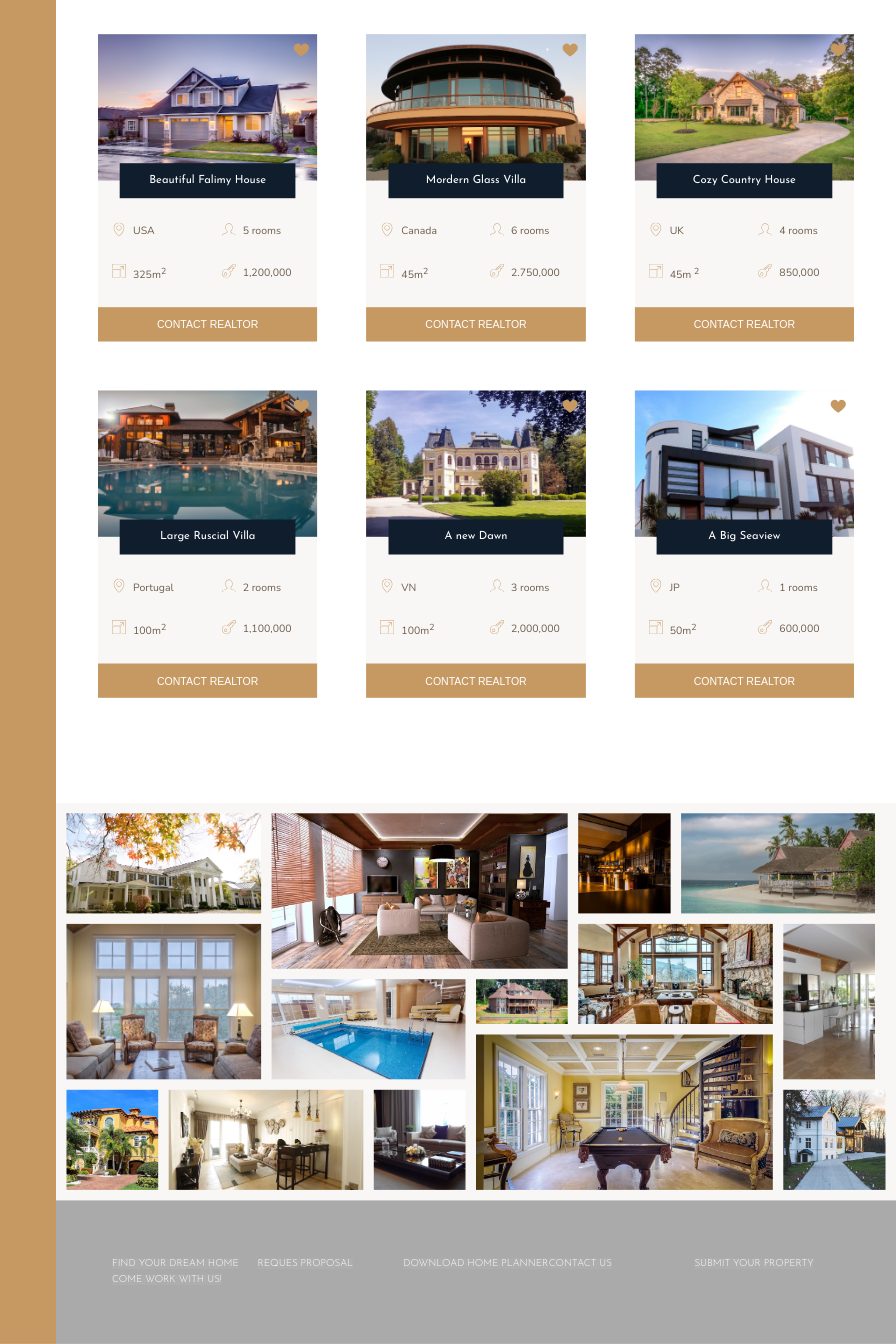
Repository: m2pd/your-home
Page: index.html
These files come from the project's save history. The page is drawn as it stood at one moment and after the next save; the edit follows.
The browser window is 1280 px wide. The pictures show the part of the page from y = 1857 to 3777 px (the page is 3777 px tall), at 70% of full size.
The style sheet was rebuilt from its Sass, Less or Tailwind sources for each picture, by a compiler version that may differ from the author's.

Above is the page before, as saved 2020-03-07 19:06:51.

### index.html
<!DOCTYPE html>
<html lang="en">
    <head>
        <meta charset="UTF-8">
        <meta name="viewport" content="width=device-width, initial-scale=1.0">
        <meta http-equiv="X-UA-Compatible" content="ie=edge">

        <link href="https://fonts.googleapis.com/css?family=Josefin+Sans:300,400,400i|Nunito:300,300i" rel="stylesheet">
        <link rel="stylesheet" href="css/style.css">
        <link rel="shortcut icon" type="image/png" href="img/favicon.png">

        <title>nexter &mdash; your home, your freedom</title>
    </head>
    <body class="container">

        <div class="sidebar">
            Sidebar
        </div>

        <header class="header">
            Header
        </header>

        <div class="realtors">
            3 Realtors
        </div>

        <div class="features">
            <div class="feature feature-1">
                <svg class="feature__icon">
                    <use xlink:href="img/sprite.svg#icon-global"></use>
                </svg>
                <h4 class="heading-4 heading-4--dark">World's best luxury homes</h4>
                <p class="feature__text">
                    Lorem, ipsum dolor sit amet consectetur adipisicing elit. Tenetur distinctio necessitatibus pariatur voluptatibus.
                </p>
            </div>

            <div class="feature feature-2">
                <svg class="feature__icon">
                    <use xlink:href="img/sprite.svg#icon-trophy"></use>
                </svg>
                <h4 class="heading-4 heading-4--dark">Only the best properties</h4>
                <p class="feature__text">
                    Voluptatum mollitia quae. Vero ipsum sapiente molestias accusamus rerum sed a eligendi aut quia.
                </p>
            </div>

            <div class="feature feature-3">
                <svg class="feature__icon">
                    <use xlink:href="img/sprite.svg#icon-map-pin"></use>
                </svg>
                <h4 class="heading-4 heading-4--dark">All home in top location</h4>
                <p class="feature__text">
                    Tenetur distinctio necessitatibus pariatur voluptatibus quidem consequatur harum.
                </p>
            </div>

            <div class="feature feature-4">
                <svg class="feature__icon">
                    <use xlink:href="img/sprite.svg#icon-key"></use>
                </svg>
                <h4 class="heading-4 heading-4--dark">New home in one week</h4>
                <p class="feature__text">
                    Vero ipsum sapiente molestias accusamus rerum. Lorem, ipsum dolor sit amet consectetur adipisicing elit.
                </p>
            </div>

            <div class="feature feature-5">
                <svg class="feature__icon">
                    <use xlink:href="img/sprite.svg#icon-presentation"></use>
                </svg>
                <h4 class="heading-4">Top 1% realtors</h4>
                <p class="feature__text">
                    Quidem consequatur harum, voluptatum mollitia quae. Tenetur distinctio necessitatibus pariatur voluptatibus.
                </p>
            </div>

            <div class="feature feature-6">
                <svg class="feature__icon">
                    <use xlink:href="img/sprite.svg#icon-lock"></use>
                </svg>
                <h4 class="heading-4">Secure in Payment on nexter</h4>
                <p class="feature__text">
                    Pariatur voluptatibus quidem consequatur harum, voluptatum mollitia quae.
                </p>
            </div>
        </div>

        <div class="story__pictures">
            <img src="img/story-1.jpeg" alt="Couple with new house" class="story__img--1">
            <img src="img/story-2.jpeg" alt="New house" class="story__img--2">
        </div>

        <div class="story__content">
            <h3 class="heading-3 mb-sm">Happy Customer</h3>
            <h2 class="heading-2 heading-2--dark mb-md">&ldquo;The best decsion of our live&ldquo;</h2>
            <div class="story__text">
                Lorem ipsum dolor sit amet consectetur, adipisicing elit. Asperiores ipsam aut similique cumque nesciunt accusantium perspiciatis delectus! Incidunt, debitis ipsum.
            </div>
            <button class="btn">Find your our home</button>
        </div>

        <section class="homes">
            <div class="home">
                <img src="img/house-1.jpeg" alt="House 1" class="home__img">
                <svg class="home__like">
                    <use xlink:href="img/sprite.svg#icon-heart-full"></use>
                </svg>
                <h5 class="home__name">Beautiful Falimy House</h5>
                <div class="home__location">
                    <svg>
                        <use xlink:href="img/sprite.svg#icon-map-pin"></use>
                    </svg>
                    <p>USA</p>
                </div>
                <div class="home__rooms">
                    <svg>
                        <use xlink:href="img/sprite.svg#icon-profile-male"></use>
                    </svg>
                    <p>5 rooms</p>
                </div>
                <div class="home__area">
                    <svg>
                        <use xlink:href="img/sprite.svg#icon-expand"></use>
                    </svg>
                    <p>325m<sup>2</sup></p>
                </div>
                <div class="home__price">
                    <svg>
                        <use xlink:href="img/sprite.svg#icon-key"></use>
                    </svg>
                    <p>1,200,000</p>
                </div>
                <button class="btn home__btn">Contact realtor</button>
            </div>

            <div class="home">
                <img src="img/house-2.jpeg" alt="House 2" class="home__img">
                <svg class="home__like">
                    <use xlink:href="img/sprite.svg#icon-heart-full"></use>
                </svg>
                <h5 class="home__name">Mordern Glass Villa</h5>
                <div class="home__location">
                    <svg>
                        <use xlink:href="img/sprite.svg#icon-map-pin"></use>
                    </svg>
                    <p>Canada</p>
                </div>
                <div class="home__rooms">
                    <svg>
                        <use xlink:href="img/sprite.svg#icon-profile-male"></use>
                    </svg>
                    <p>6 rooms</p>
                </div>
                <div class="home__area">
                    <svg>
                        <use xlink:href="img/sprite.svg#icon-expand"></use>
                    </svg>
                    <p>45m<sup>2</sup></p>
                </div>
                <div class="home__price">
                    <svg>
                        <use xlink:href="img/sprite.svg#icon-key"></use>
                    </svg>
                    <p>2.750,000</p>
                </div>
                <button class="btn home__btn">Contact realtor</button>
            </div>

            <div class="home">
                <img src="img/house-3.jpeg" alt="House 3" class="home__img">
                <svg class="home__like">
                    <use xlink:href="img/sprite.svg#icon-heart-full"></use>
                </svg>
                <h5 class="home__name">Cozy Country House</h5>
                <div class="home__location">
                    <svg>
                        <use xlink:href="img/sprite.svg#icon-map-pin"></use>
                    </svg>
                    <p>UK</p>
                </div>
                <div class="home__rooms">
                    <svg>
                        <use xlink:href="img/sprite.svg#icon-profile-male"></use>
                    </svg>
                    <p>4 rooms</p>
                </div>
                <div class="home__area">
                    <svg>
                        <use xlink:href="img/sprite.svg#icon-expand"></use>
                    </svg>
                    <p>45m <sup>2</sup></p>
                </div>
                <div class="home__price">
                    <svg>
                        <use xlink:href="img/sprite.svg#icon-key"></use>
                    </svg>
                    <p>850,000</p>
                </div>
                <button class="btn home__btn">Contact realtor</button>
            </div>

            <div class="home">
                <img src="img/house-4.jpeg" alt="House 4" class="home__img">
                <svg class="home__like">
                    <use xlink:href="img/sprite.svg#icon-heart-full"></use>
                </svg>
                <h5 class="home__name">Large Ruscial Villa</h5>
                <div class="home__location">
                    <svg>
                        <use xlink:href="img/sprite.svg#icon-map-pin"></use>
                    </svg>
                    <p>Portugal</p>
                </div>
                <div class="home__rooms">
                    <svg>
                        <use xlink:href="img/sprite.svg#icon-profile-male"></use>
                    </svg>
                    <p>2 rooms</p>
                </div>
                <div class="home__area">
                    <svg>
                        <use xlink:href="img/sprite.svg#icon-expand"></use>
                    </svg>
                    <p>100m<sup>2</sup></p>
                </div>
                <div class="home__price">
                    <svg>
                        <use xlink:href="img/sprite.svg#icon-key"></use>
                    </svg>
                    <p>1,100,000</p>
                </div>
                <button class="btn home__btn">Contact realtor</button>
            </div>

            <div class="home">
                <img src="img/house-5.jpeg" alt="House 5" class="home__img">
                <svg class="home__like">
                    <use xlink:href="img/sprite.svg#icon-heart-full"></use>
                </svg>
                <h5 class="home__name">A new Dawn</h5>
                <div class="home__location">
                    <svg>
                        <use xlink:href="img/sprite.svg#icon-map-pin"></use>
                    </svg>
                    <p>VN</p>
                </div>
                <div class="home__rooms">
                    <svg>
                        <use xlink:href="img/sprite.svg#icon-profile-male"></use>
                    </svg>
                    <p>3 rooms</p>
                </div>
                <div class="home__area">
                    <svg>
                        <use xlink:href="img/sprite.svg#icon-expand"></use>
                    </svg>
                    <p>100m<sup>2</sup></p>
                </div>
                <div class="home__price">
                    <svg>
                        <use xlink:href="img/sprite.svg#icon-key"></use>
                    </svg>
                    <p>2,000,000</p>
                </div>
                <button class="btn home__btn">Contact realtor</button>
            </div>

            <div class="home">
                <img src="img/house-6.jpeg" alt="House 6" class="home__img">
                <svg class="home__like">
                    <use xlink:href="img/sprite.svg#icon-heart-full"></use>
                </svg>
                <h5 class="home__name">A Big Seaview</h5>
                <div class="home__location">
                    <svg>
                        <use xlink:href="img/sprite.svg#icon-map-pin"></use>
                    </svg>
                    <p>JP</p>
                </div>
                <div class="home__rooms">
                    <svg>
                        <use xlink:href="img/sprite.svg#icon-profile-male"></use>
                    </svg>
                    <p>1 rooms</p>
                </div>
                <div class="home__area">
                    <svg>
                        <use xlink:href="img/sprite.svg#icon-expand"></use>
                    </svg>
                    <p>50m<sup>2</sup></p>
                </div>
                <div class="home__price">
                    <svg>
                        <use xlink:href="img/sprite.svg#icon-key"></use>
                    </svg>
                    <p>600,000</p>
                </div>
                <button class="btn home__btn">Contact realtor</button>
            </div>
        </section>

        <section class="gallery">
            <figure class="gallery__item gallery__item--1">
                <img src="img/gal-1.jpeg" alt="Gallery Image 1" class="gallery__img">
            </figure>
            <figure class="gallery__item gallery__item--2">
                <img src="img/gal-2.jpeg" alt="Gallery Image 2" class="gallery__img">
            </figure>
            <figure class="gallery__item gallery__item--3">
                <img src="img/gal-3.jpeg" alt="Gallery Image 3" class="gallery__img">
            </figure>
            <figure class="gallery__item gallery__item--4">
                <img src="img/gal-4.jpeg" alt="Gallery Image 4" class="gallery__img">
            </figure>
            <figure class="gallery__item gallery__item--5">
                <img src="img/gal-5.jpeg" alt="Gallery Image 5" class="gallery__img">
            </figure>
            <figure class="gallery__item gallery__item--6">
                <img src="img/gal-6.jpeg" alt="Gallery Image 6" class="gallery__img">
            </figure>
            <figure class="gallery__item gallery__item--7">
                <img src="img/gal-7.jpeg" alt="Gallery Image 7" class="gallery__img">
            </figure>
            <figure class="gallery__item gallery__item--8">
                <img src="img/gal-8.jpeg" alt="Gallery Image 8" class="gallery__img">
            </figure>
            <figure class="gallery__item gallery__item--9">
                <img src="img/gal-9.jpeg" alt="Gallery Image 9" class="gallery__img">
            </figure>
            <figure class="gallery__item gallery__item--10">
                <img src="img/gal-10.jpeg" alt="Gallery Image 10" class="gallery__img">
            </figure>
            <figure class="gallery__item gallery__item--11">
                <img src="img/gal-11.jpeg" alt="Gallery Image 11" class="gallery__img">
            </figure>
            <figure class="gallery__item gallery__item--12">
                <img src="img/gal-12.jpeg" alt="Gallery Image 12" class="gallery__img">
            </figure>
            <figure class="gallery__item gallery__item--13">
                <img src="img/gal-13.jpeg" alt="Gallery Image 13" class="gallery__img">
            </figure>
            <figure class="gallery__item gallery__item--14">
                <img src="img/gal-14.jpeg" alt="Gallery Image 14" class="gallery__img">
            </figure>
            <!-- <img src="img/gal-2.jpeg" alt="Gallery Image 2" class="gallery__img"> -->
        </section>

        <footer class="footer">
            <nav class="nav">
                <li class="nav__item"><a href="#" class="nav__link">Find your dream home</a></li>
                <li class="nav__item"><a href="#" class="nav__link">Reques proposal</a></li>
                <li class="nav__item"><a href="#" class="nav__link">Download home planner</a></li>
                <li class="nav__item"><a href="#" class="nav__link">Contact us</a></li>
                <li class="nav__item"><a href="#" class="nav__link">Submit your property</a></li>
                <li class="nav__item"><a href="#" class="nav__link">Come work with us!</a></li>
            </nav>
        </footer>

    </body>
</html>

### sass/_base.scss
// COLOR VARIABLES
$color-primary: #c69963;
$color-primary-dark: #B28451;

$color-secondary: #101d2c;

$color-grey-light-1: #f9f7f6;
$color-grey-light-2: #aaa;

$color-grey-dark-1: #54483A;
$color-grey-dark-2: #6D5D4B;

// FONT VARIABLES
$font-primary: 'Nunito', sans-serif;
$font-display: 'Josefin Sans', sans-serif;


*,
*::before,
*::after{
    margin:0;
    padding:0;
    box-sizing: inherit;
}

html{
    font-size:62.5%;
    box-sizing: border-box;
}

body{
    font-family: $font-primary;
    color: $color-grey-dark-2;
    font-weight: 300;
    line-height: 1.6;
}

.container{
    display: grid;
    grid-template-rows: 80vh min-content 40vw repeat(3, min-content);
    grid-template-columns:[sidebar-start] 8rem [sidebar-end full-start] minmax(6rem, 1fr) [center-start] repeat(8, [col-start] minmax(min-content, 14rem) [col-end]) [center-end] minmax(6rem, 1fr) [full-end];

}

### sass/_typography.scss
%heading {
  font-family: $font-display;
  font-weight: 400;
}

.heading-1 {
  @extend %heading;
}

.heading-2 {
  @extend %heading;
  font-size: 4rem;
  font-style: italic;
  line-height: 1;

  &--light{ color: $color-grey-light-1;}
  &--dark{ color: $color-grey-dark-1;}
}

.heading-3 {
  @extend %heading;

  font-size: 1.6rem;
  color: $color-primary;
  text-transform: uppercase;

}

.heading-4 {
  @extend %heading;
  font-size: 1.9rem;

  &--light{ color: $color-grey-light-1;}
  &--dark{ color: $color-grey-dark-1;}

}

.btn{
    background-color: $color-primary;
    color: #fff;
    font-size: 1.5rem;
    border: none;
    border-radius: none;
    padding: 1.6rem  3rem;
    text-transform: uppercase;
    cursor: pointer;
    transition: all .2s;

    &:hover{
      background-color: $color-primary-dark;
    }
}

.mb-sm{ margin-bottom: 2rem; }
.mb-md{ margin-bottom: 3rem; }
.mb-lg{ margin-bottom: 4rem; }
.mb-hg{ margin-bottom: 8rem; }

### sass/_features.scss
.features{
    grid-column: center-start /  center-end;

    margin: 15rem 0;
    display: grid;
    // grid-template-columns: repeat(3, 1fr);
    grid-template-columns: repeat(auto-fit, minmax(25rem, 1fr));
    grid-gap: 6rem;
}

.feature{
    display: grid;
    grid-template-columns: min-content 1fr;
    grid-column-gap: 2.5rem;
    grid-row-gap: 1.5rem;

    align-items: start;

    &__icon{
        fill: $color-primary;
        width:4.5rem;
        height:4.5rem;

        grid-row: 1 / span 2;
    }

    &__text{
        font-size: 1.7rem;
    }
}

### sass/_story.scss
.story{
    &__pictures{
        background-color: $color-primary;
        grid-column: full-start / col-end 4;
        background-image:linear-gradient(rgba($color-primary,.5), rgba($color-primary, .5)),
                         url(../img/back.jpg);

        display: grid;
        grid-template-columns: repeat(6, 1fr);
        grid-template-rows: repeat(6, 1fr);
        align-items:center ;
    }

    &__img--1{
        width: 100%;
        grid-column: 2 / 6;
        grid-row: 2 / 6;
        box-shadow: 0 2rem 5rem rgba(#000, .1);
    }

    &__img--2{
        width: 115%;
        grid-column: 4 / 7;
        grid-row: 4 / 6;
        z-index: 20;
        box-shadow: 0 2rem 5rem rgba(#000, .1);

    }

    &__content{
        background-color: $color-grey-light-1;
        grid-column: col-start 5 / full-end;

        padding: 6rem 8vw;

        // display: flex;
        // flex-direction: column;
        // justify-content: center;
        // align-items: flex-start;

        display: grid;
        align-content: center;
        justify-items: start;
    }

    &__text{
        font-size: 1.5rem;
        font-style: italic;
        margin-bottom: 4rem;


    }
}

### sass/_homes.scss
.homes{
    grid-column: center-start / center-end;
    margin: 15rem 0;

    display: grid;
    grid-template-columns: repeat(auto-fit, minmax(25rem, 1fr));
    grid-gap: 7rem;
}

.home{
    background-color:  $color-grey-light-1;

    display: grid;
    grid-template-columns: repeat(2, 1fr);
    grid-row-gap: 3.5rem;

    &__img{
        width: 100%;
        grid-row: 1/ 2;
        grid-column: 1/ -1;
        z-index: 1;
    }

    &__like{
        grid-row: 1/ 2;
        grid-column: 2/ 3;
        fill: $color-primary;
        width: 2.5rem;
        height: 2.5rem;
        z-index: 2;
        justify-self: end;
        margin: 1rem;

    }

    &__name{
        grid-column: 1/ -1;
        grid-row: 1 / 2;

        width: 80%;
        align-self: end;
        justify-self: center;
        font-family: $font-display;
        font-size: 1.6rem;
        font-weight: 400;
        text-align: center;
        background-color: $color-secondary;
        color:#fff;
        padding: 1.25rem;
        z-index: 2;
        transform: translateY(50%);
    }

    &__location,
    &__rooms{
        margin-top: 2.5rem;
    }

    &__location,
    &__rooms,
    &__area,
    &__price{
        font-size: 1.5rem;
        margin-left: 2rem;

        display: flex;
        align-content: center;
        svg{
            fill: $color-primary;
            width: 2rem;
            height: 2rem;

            margin-right: 1rem;
        }
    }

    &__btn{
        grid-column: 1/ -1;
    }
}

### sass/_gallery.scss
.gallery{
    background-color: $color-grey-light-1;
    grid-column: full-start / full-end;

    display: grid;
    grid-template-columns: repeat(8, 1fr);
    grid-template-rows: repeat(7, 5vw);
    grid-gap: 1.5rem;
    padding: 1.5rem;


    &__item{
        &--1{
            grid-row:1 / span 2;
            grid-column: 1 / span 2;
        }

        &--2{
            grid-row:1 / span 3;
            grid-column: 3 / span 3;
        }

        &--3{
            grid-row:1 / span 2;
            grid-column: 6 / span 1;
        }

        &--4{
            grid-row:1 / span 2;
            grid-column: 7 / span 2;
        }

        &--5{
            grid-row:3 / span 3;
            grid-column: 1 / span 2;
        }

        &--6{
            grid-row:4 / span 2;
            grid-column: 3 / span 2;
        }

        &--7{
            grid-row:4 / span 1;
            grid-column: 5 / span 1;
        }

        &--8{
            grid-row:3 / span 2;
            grid-column: 6 / span 2;
        }

        &--9{
            grid-row:3 / span 3;
            grid-column: 8 / span 1;
        }

        &--10{
            grid-row:6 / span 2;
            grid-column: 1 / span 1;
        }

        &--11{
            grid-row:6 / span 2;
            grid-column: 2 / span 2;
        }

        &--12{
            grid-row:6 / span 2;
            grid-column: 4 / span 1;
        }

        &--13{
            grid-row:5 / span 3;
            grid-column: 5 / span 3;
        }

        &--14{
            grid-row:6 / span 2;
            grid-column: 8 / span 2;
        }
    }

    &__img{
        width:100%;
        height: 100%;
        object-fit: cover;
        display: block;
    }
}

### sass/_footer.scss
.footer{
    background-color: $color-grey-light-2;
    grid-column: full-start / full-end;
    padding: 8rem;
}

.nav{
    list-style: none;
    display: grid;
    grid-template-columns: repeat(auto-fit, minmax(20rem, 1fr));

    &__link:link,
    &__link:visited{
        font-size: 1.4rem;
        color: #fff;
        text-decoration: none;
        text-transform: uppercase;
        text-align: center;
        font-family: $font-display;

        background-color: rgba(#fff, .05);
    }
}

Loaded but not shown: sass/main.scss (common file); sass/_sidebar.scss (common file); sass/_header.scss (common file); sass/_realtors.scss (common file)

After the next save:
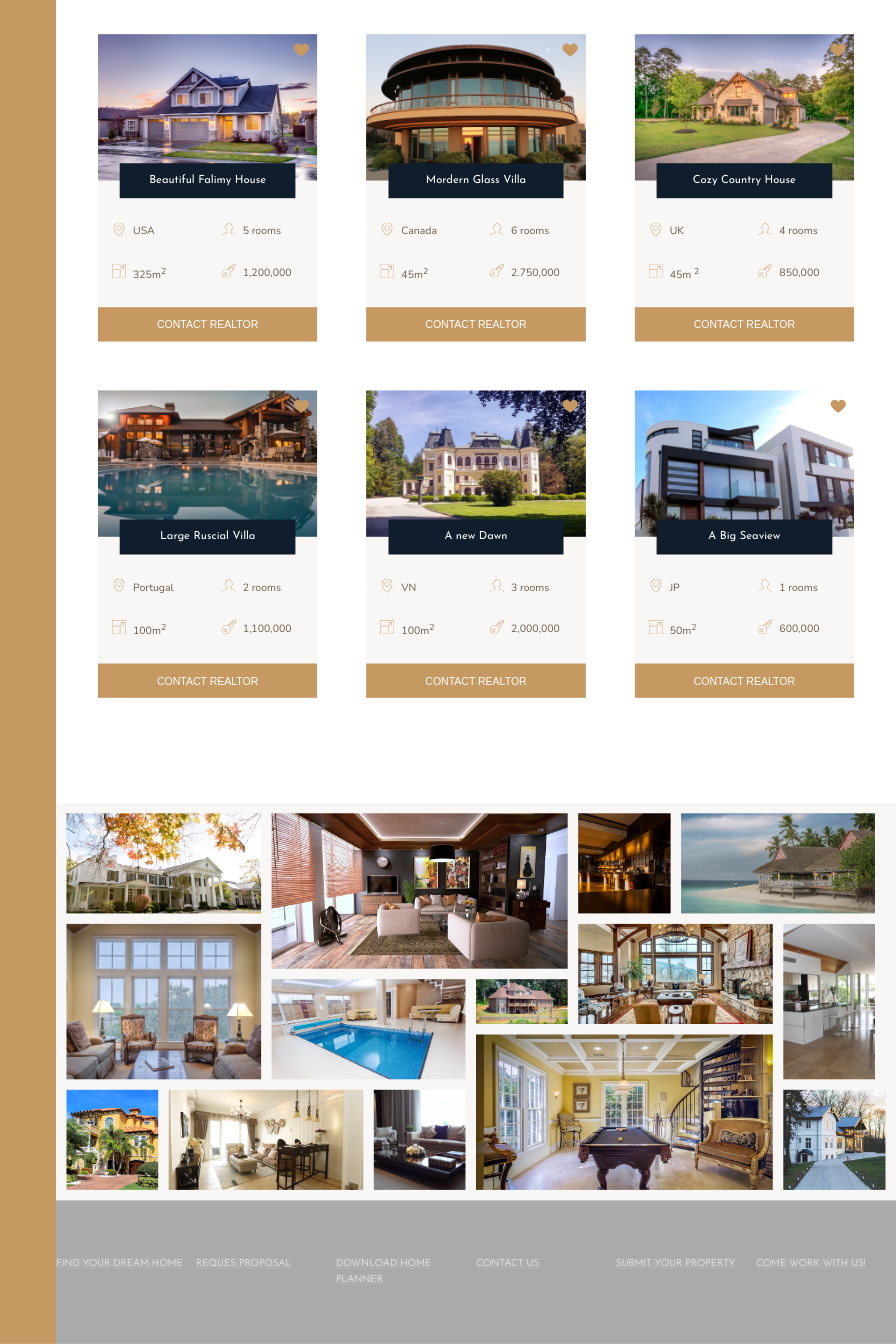
Saved 31 s later.
--- a/sass/_footer.scss
+++ b/sass/_footer.scss
@@ -1,7 +1,7 @@
 .footer{
     background-color: $color-grey-light-2;
     grid-column: full-start / full-end;
-    padding: 8rem;
+    padding: 8rem 0;
 }
 
 .nav{
